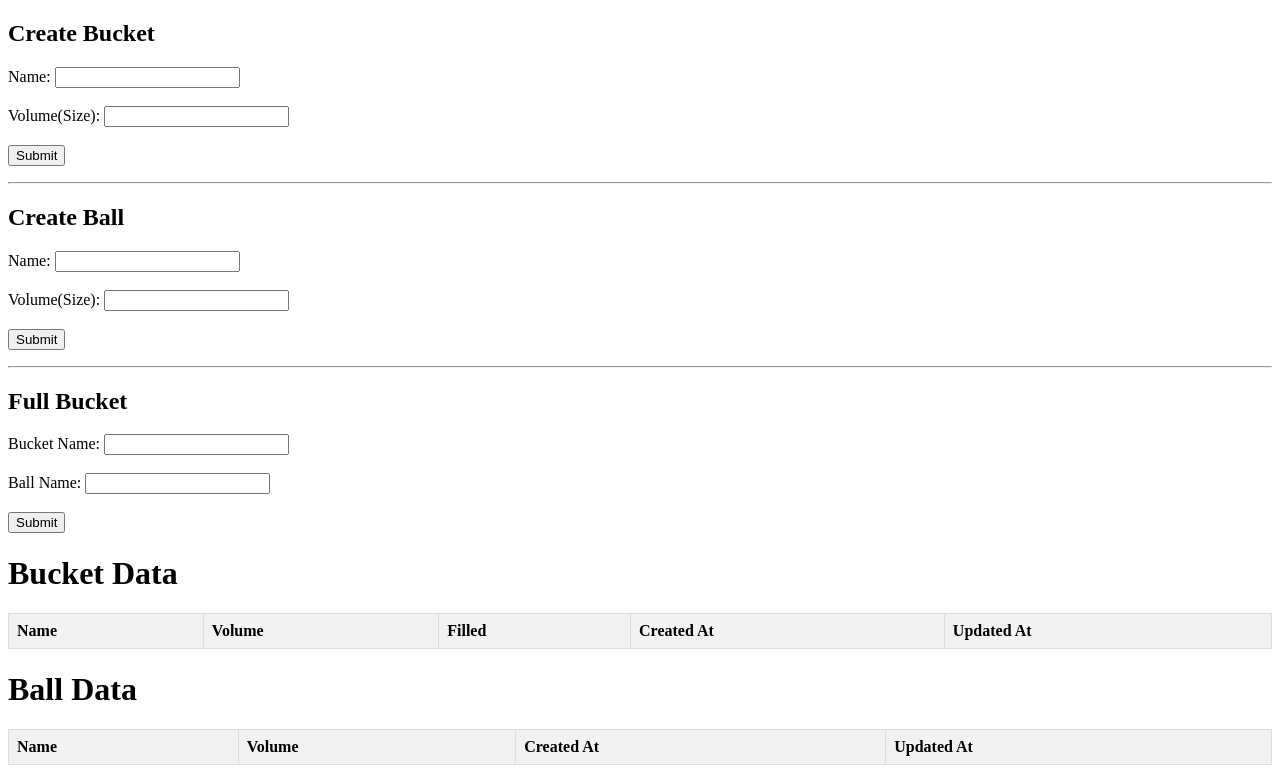
Repository: RajatPalankar8/nodejs_bucket_ball_task_new
Page: http://localhost/
The author's editor kept a copy of each file at every save. The page is drawn from the files as they stood at one save, then again after the next save.
The browser window is 1280 px wide. The pictures show the whole page.
The page is served by the project's Node server (index.js). Queries for data that is not in the repository find no rows.

Above is the page before, as saved 2023-07-28 11:15:31.

After the next save:
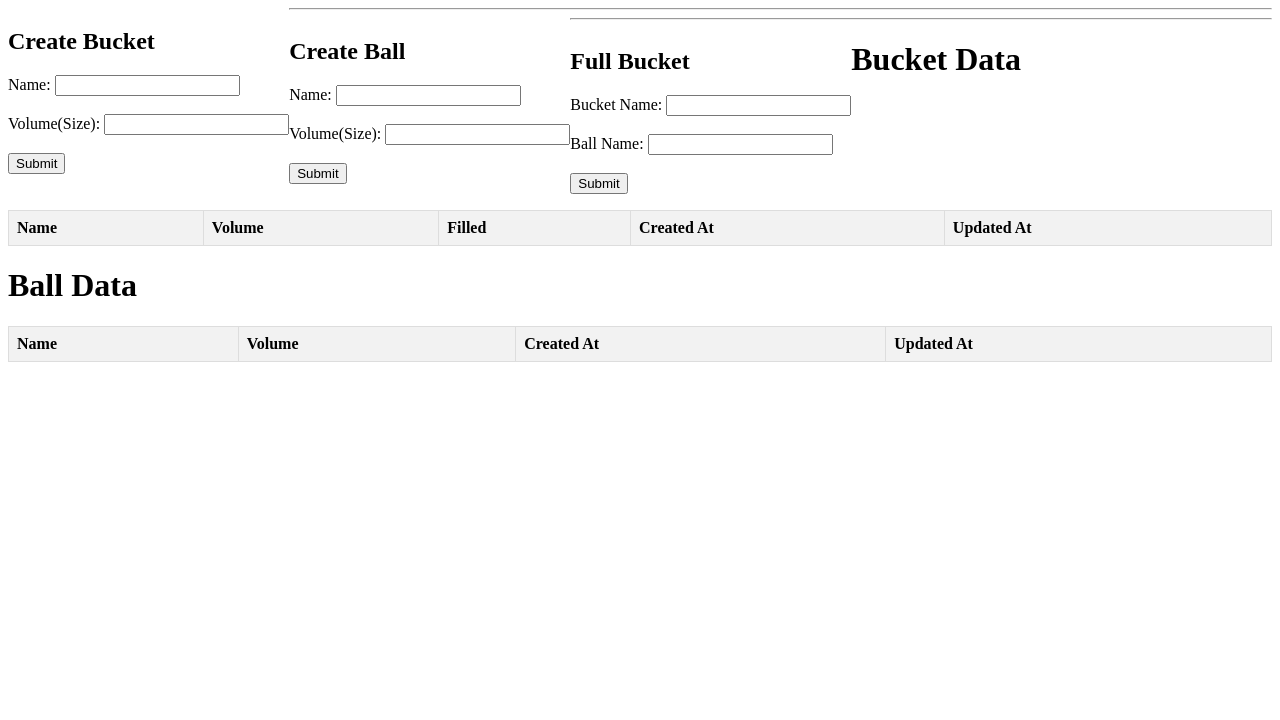
Saved 31 s later.
--- a/views/index.ejs
+++ b/views/index.ejs
@@ -23,10 +23,10 @@
 </head>
 
 <body>
-  <div style="display: flex-center;">
-
-
-    <form id="form1">
+  <div style="display: flex-left;">
+
+
+    <form id="form1"  style="float: left;">
       <h2>Create Bucket</h2>
       <label for="name1">Name:</label>
       <input type="text" id="name" name="name" required><br><br>
@@ -36,7 +36,7 @@
       <p id="form1-response"></p>
     </form>
     <hr>
-    <form id="form2">
+    <form id="form2"  style="float: left;">
       <h2>Create Ball</h2>
       <label for="name1">Name:</label>
       <input type="text" id="name" name="name" required><br><br>
@@ -46,7 +46,7 @@
       <p id="form2-response"></p>
     </form>
     <hr>
-    <form id="form3">
+    <form id="form3"  style="float: left;">
       <h2>Full Bucket</h2>
       <label for="name3">Bucket Name:</label>
       <input type="text" id="bucketName" name="bucketName" required><br><br>

After the save that followed:
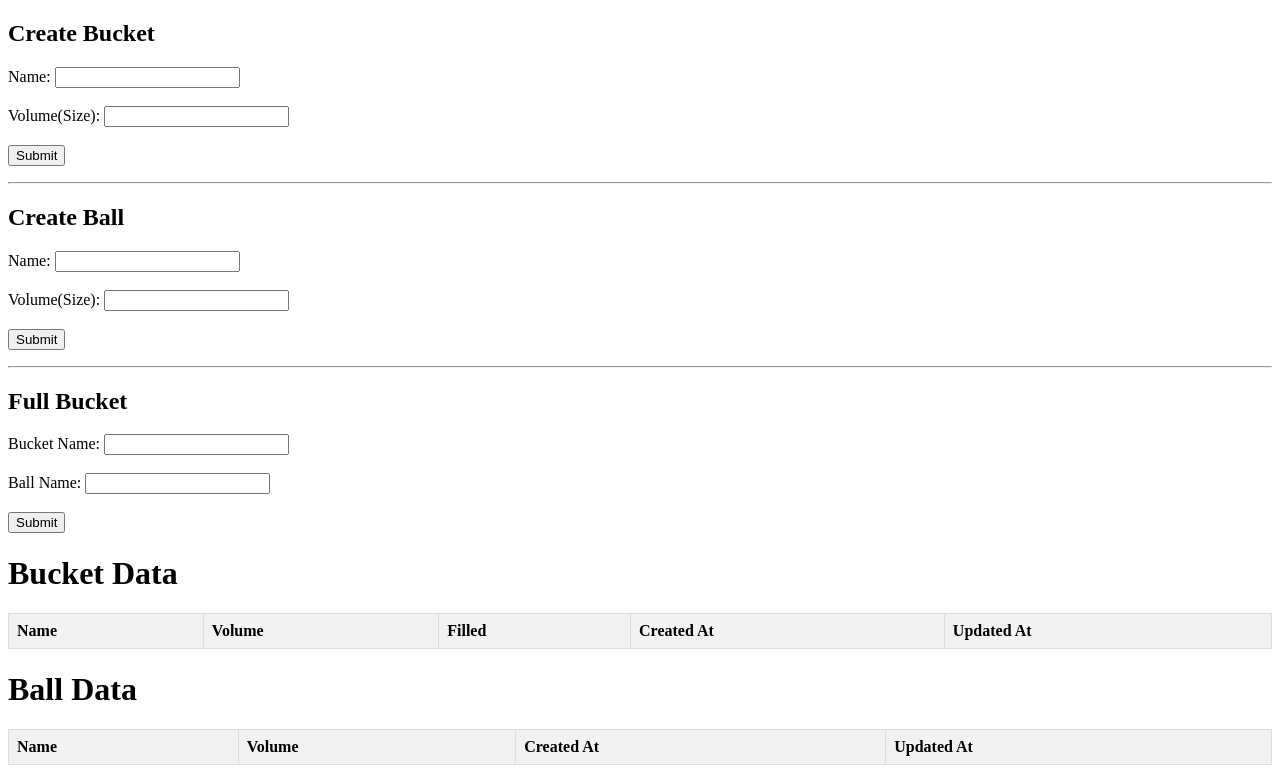
Saved 22 s later.
--- a/views/index.ejs
+++ b/views/index.ejs
@@ -26,7 +26,7 @@
   <div style="display: flex-left;">
 
 
-    <form id="form1"  style="float: left;">
+    <form id="form1">
       <h2>Create Bucket</h2>
       <label for="name1">Name:</label>
       <input type="text" id="name" name="name" required><br><br>
@@ -36,7 +36,7 @@
       <p id="form1-response"></p>
     </form>
     <hr>
-    <form id="form2"  style="float: left;">
+    <form id="form2">
       <h2>Create Ball</h2>
       <label for="name1">Name:</label>
       <input type="text" id="name" name="name" required><br><br>
@@ -46,7 +46,7 @@
       <p id="form2-response"></p>
     </form>
     <hr>
-    <form id="form3"  style="float: left;">
+    <form id="form3">
       <h2>Full Bucket</h2>
       <label for="name3">Bucket Name:</label>
       <input type="text" id="bucketName" name="bucketName" required><br><br>
